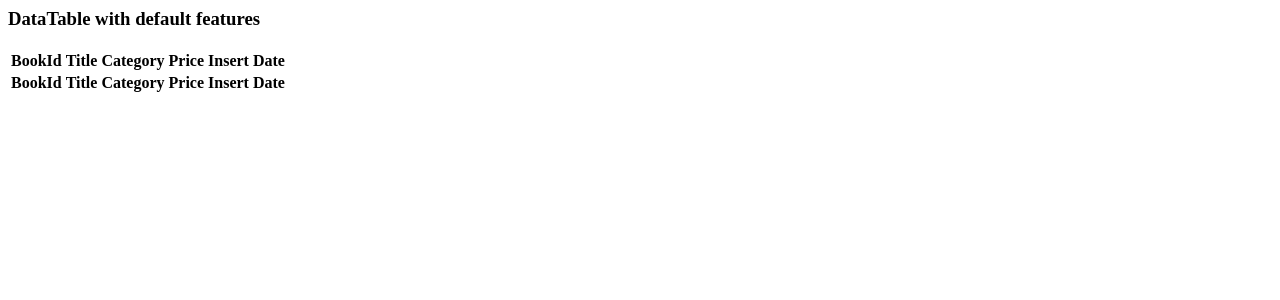
Repository: loy18/SPRING
Page: http://localhost/egovProj/WEB-INF/views/book/list.jsp
The author's editor kept a copy of each file at every save. The page is drawn from the files as they stood at one save, then again after a run of saves.
The browser window is 1280 px wide. The pictures show the whole page.
The page is served by Tomcat 9. Nobody is signed in. The template is opened directly, without the code that normally fills it, so the values that code supplies are empty.

Above is the page before, as saved 2022-11-14 06:23:37.

After the next 3 saves:
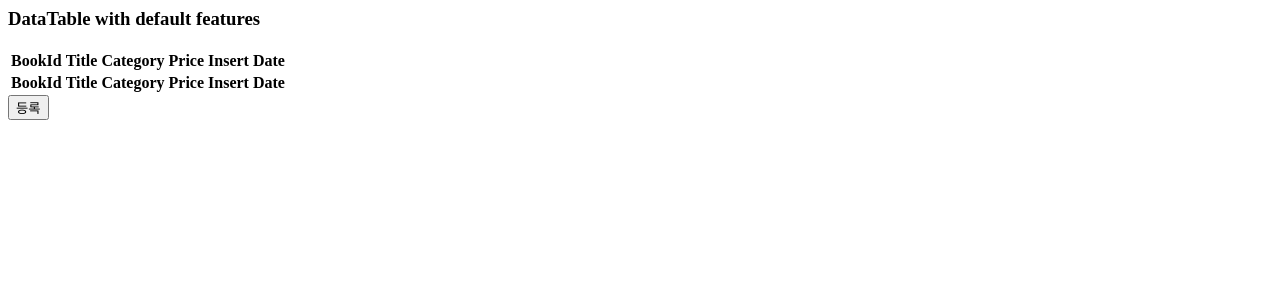
The 3 saves are shown as one change because they came seconds apart.
The last was saved 83 s later.
--- a/egovProj/src/main/webapp/WEB-INF/views/book/list.jsp
+++ b/egovProj/src/main/webapp/WEB-INF/views/book/list.jsp
@@ -59,14 +59,15 @@
 					</table>
 				</div>
 			</div>
-			<div class="row">
 <!-- 				<div class="col-sm-12 col-md-5"> -->
 <!-- 					<div class="dataTables_info" id="example1_info" role="status" -->
 <!-- 						aria-live="polite">Showing 1 to 10 of 57 entries</div> -->
 <!-- 				</div> -->
+			<div class="row">
 				<div class="col-sm-12 col-md-7">
 					<div class="dataTables_paginate paging_simple_numbers"
 						id="example1_paginate">
+						<button class="btn btn-primary bt-sm">등록</button>
 						<ul class="pagination"> </ul> </div> </div> </div>
 <!-- 							<li class="paginate_button page-item previous disabled" -->
 <!-- 								id="example1_previous"><a href="#" aria-controls="example1" -->

After the 3 saves that followed:
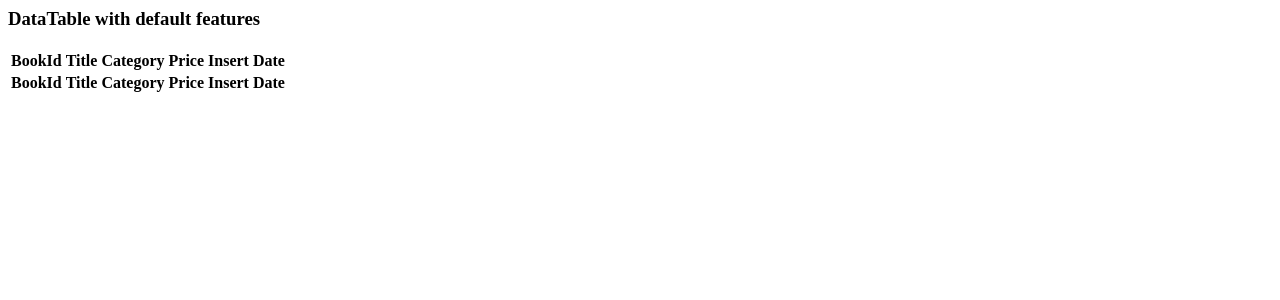
The 3 saves are shown as one change because 2 left the picture as it was.
The last was saved 51 s later.
--- a/egovProj/src/main/webapp/WEB-INF/views/book/list.jsp
+++ b/egovProj/src/main/webapp/WEB-INF/views/book/list.jsp
@@ -63,12 +63,11 @@
 <!-- 					<div class="dataTables_info" id="example1_info" role="status" -->
 <!-- 						aria-live="polite">Showing 1 to 10 of 57 entries</div> -->
 <!-- 				</div> -->
-			<div class="row">
-				<div class="col-sm-12 col-md-7">
-					<div class="dataTables_paginate paging_simple_numbers"
-						id="example1_paginate">
-						<button class="btn btn-primary bt-sm">등록</button>
-						<ul class="pagination"> </ul> </div> </div> </div>
+<!-- 			<div class="row"> -->
+<!-- 				<div class="col-sm-12 col-md-7"> -->
+<!-- 					<div class="dataTables_paginate paging_simple_numbers" -->
+<!-- 						id="example1_paginate"> -->
+<!-- 						<ul class="pagination"> </ul>  -->
 <!-- 							<li class="paginate_button page-item previous disabled" -->
 <!-- 								id="example1_previous"><a href="#" aria-controls="example1" -->
 <!-- 								data-dt-idx="0" tabindex="0" class="page-link">Previous</a></li> -->
